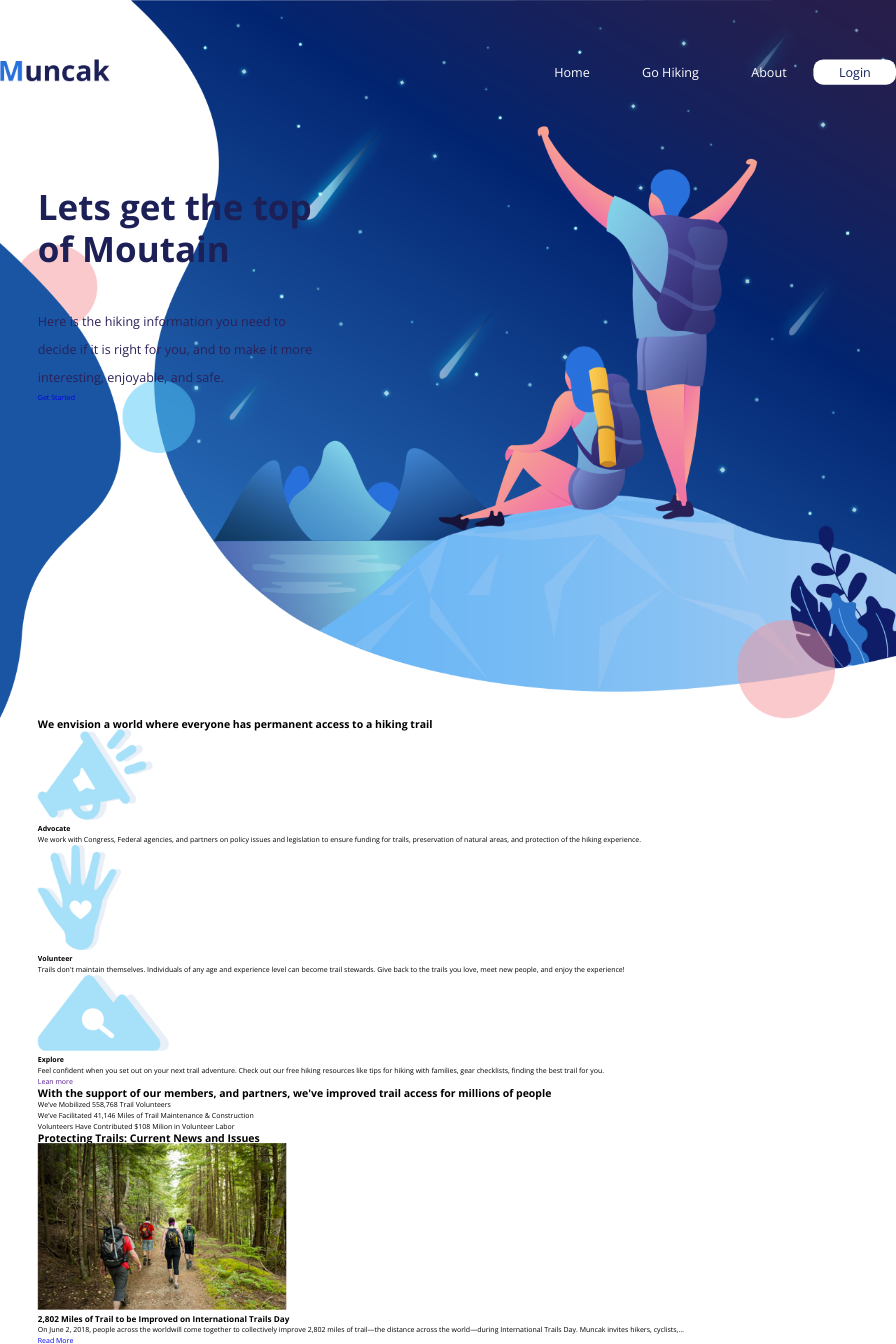
Repository: huubinh98/Project
Page: muncak/index.html
The author's editor kept a copy of each file at every save. The page is drawn from the files as they stood at one save, then again after the next save.
The browser window is 1280 px wide. The pictures show the part of the page from y = 0 to 1920 px (the page is 2989 px tall), at 70% of full size.

Above is the page before, as saved 2021-08-28 16:38:21.

### muncak/index.html
<!DOCTYPE html>
<html lang="en">

<head>
    <meta charset="UTF-8">
    <meta http-equiv="X-UA-Compatible" content="IE=edge">
    <meta name="viewport" content="width=device-width, initial-scale=1.0">
    <link rel="stylesheet" href="./style.css">
    <link rel="preconnect" href="https://fonts.googleapis.com">
    <link rel="preconnect" href="https://fonts.gstatic.com" crossorigin>
    <link href="https://fonts.googleapis.com/css2?family=Open+Sans:wght@300;400;600;700&display=swap" rel="stylesheet">
    <title>Muncak</title>
</head>

<body>
    <header class="header">
        <div class="container header-nav">
            <h1 class="logo"><a href="" class="logo-link"><img src="./image/Muncak.png" alt="" class="logo-img"></a>
            </h1>
            <ul class="nav-list">
                <li class="nav-item">
                    <a href="" class="nav-item-link">Home</a>
                </li>
                <li class="nav-item">
                    <a href="" class="nav-item-link">Go Hiking</a>
                </li>
                <li class="nav-item">
                    <a href="" class="nav-item-link">About</a>
                </li>
                <li class="nav-item">
                    <a href="" class="nav-item-link nav-highlight">Login</a>
                </li>
            </ul>
        </div>
        <div class="container-small">
            <h1 class="heading-banner">Lets get the top of Moutain</h1>
            <p class="heading-desc">Here is the hiking information you need to decide
                if it is right for you, and to make it more interesting,
                enjoyable, and safe.</p>
            <a href="#" class="btn"> Get Started</a>
        </div>
    </header>
    <section class="about">
        <div class="container-small">
            <h2 class="heading-name">We envision a world where everyone
                has permanent access to a hiking trail</h2>
            <div class="about-item">
                <img src="./image/loa.png" alt="loa" class="about-img">
                <div class="about-content">
                    <h4 class="about-content-heading">Advocate</h4>
                    <p class="about-content-desc">We work with Congress, Federal agencies, and partners on policy issues
                        and legislation to ensure funding for trails, preservation of natural areas, and protection of
                        the hiking experience.</p>
                </div>
            </div>
            <div class="about-item">
                <img src="./image/bantay.png" alt="loa" class="about-img">
                <div class="about-content">
                    <h4 class="about-content-heading">Volunteer </h4>
                    <p class="about-content-desc">Trails don't maintain themselves. Individuals of any age and
                        experience level can become trail stewards. Give back to the trails you love, meet new people,
                        and enjoy the experience!</p>
                </div>
            </div>
            <div class="about-item">
                <img src="./image/nui.png" alt="loa" class="about-img">
                <div class="about-content">
                    <h4 class="about-content-heading">Explore</h4>
                    <p class="about-content-desc">Feel confident when you set out on your next trail adventure. Check
                        out our free hiking resources like tips for hiking with families, gear checklists, finding the
                        best trail for you.</p>
                </div>
            </div>
            <a href="" class="btn">Lean more</a>
        </div>
        <div class="container-small">
            <h2 class="heading-name">With the support of our members, and partners, we've improved trail access for millions of people</h2>
            <div class="customer-content">
                <p class="customer-text">We’ve Mobilized <span>558,768</span> Trail Volunteers</p>
                <p class="customer-text">We’ve Facilitated <span>41,146</span>
                    Miles of Trail Maintenance & Construction</p>
                <p class="customer-text">Volunteers Have Contributed <span>$108 Milion</span> in Volunteer Labor</p>
            </div>
        </div>
    </section>

    <!-- -----------new--------------- -->
    <section class="new">
        <div class="container-small">
            <h2 class="heading-name">Protecting Trails: Current News and Issues</h2>
            <div class="new-content">
                <div class="new-item">
                    <a href="#" class="new-item-link">
                        <img src="./image/pic1.jpg" alt="pic1" class="new-item-img">
                    </a>
                    <div class="new-item-text">
                        <h3 class="new-item-name">2,802 Miles of Trail to be Improved on International Trails Day</h3>
                        <p class="new-item-desc">On June 2, 2018, people across the worldwill come together to
                            collectively improve 2,802 miles of trail—the distance across the world—during International
                            Trails Day. Muncak invites hikers, cyclists,…</p>
                        <a href="#" class="new-item-link">Read More</a>
                    </div>
                </div>
                <div class="new-item">
                    <a href="#" class="new-item-link">
                        <img src="./image/pic2.jpg" alt="pic1" class="new-item-img">
                    </a>
                    <div class="new-item-text">
                        <h3 class="new-item-name">Four Ways to Celebrate International Trails Day on a Bicycle</h3>
                        <p class="new-item-desc">There are many ways to celebrate the International Trails Day on June 2. It’s even possible to participate on a bicycle. And if you go on a bike overnight trip during International Trails Dayyou will simultaneously…</p>
                        <a href="#" class="new-item-link">Read More</a>
                    </div>
                </div>
                <div class="new-item">
                    <a href="#" class="new-item-link">
                        <img src="./image/pic3.jpg" alt="pic1" class="new-item-img">
                    </a>
                    <div class="new-item-text">
                        <h3 class="new-item-name">Millennials are the Future of our Trails</h3>
                        <p class="new-item-desc">The smell of fresh dew is a welcome scent, as the crunch of my boots melds with the sound of the birds singing their morning song. It’s early and I am wearing layers, but it won’t be long until they are peeled away to adapt to the summer…</p>
                        <a href="#" class="new-item-link">Read More</a>
                    </div>
                </div>
            </div>
        </div>
    </section>

    <div class="contact-footer">
        <div class="container">
            <h5 class="contact-heading">Receive the latest updates on how to protect trails.
                Subscribe to the monthly edition of Paperless Trails.</h5>
            <form action="">
                <input type="text" name="Name" id="" class="form-input">
                <input type="text" name="Email" id="" class="form-input">
                <button type="submit">Subscribe</button>
            </form>
        </div>
        <footer class="footer container">
            <div class="footer-info">
                <div class="footer-item">
                    <h4>Contact US</h4>
                    <p>Muncak hiking society
                        8605 Second Ave.
                        Silver Spring, MD 20910</p>
                    <p>
                        <span>Info@muncak.org</span>
                        <span>1-301-565-6704 (Main)</span>
                        <span>1-800-972-8608 (Toll-free)</span>
                    </p>
                </div>
                <div class="footer-item">
                    <h4>About us</h4>
                    <ul>
                        <li>
                            <a href="">Our Mission</a>
                        </li>
                        <li>
                            <a href="">Our Team</a>
                        </li>
                        <li>
                            <a href="">Corporate Sponsors</a>
                        </li>
                        <li>
                            <a href="">Financials</a>
                        </li>
                        <li>
                            <a href="">Media Center</a>
                        </li>
                    </ul>
                </div>
                <div class="footer-item">
                    <h4>Our Programs</h4>
                    <ul>
                        <li>
                            <a href="">Hike The Hill</a>
                        </li>
                        <li>
                            <a href="">Volunteer Vacations</a>
                        </li>
                        <li>
                            <a href="">Alternative Break</a>
                        </li>
                    </ul>
                </div>
                <div class="footer-item">
                    <h4>support trails</h4>
                    <ul>
                        <li>
                            <a href="">Donate</a>
                        </li>
                        <li>
                            <a href="">Individual Membership</a>
                        </li>
                        <li>
                            <a href="">Gift membership</a>
                        </li>
                        <li>
                            <a href="">Hiker Store</a>
                        </li>
                    </ul>
                </div>
                <div class="footer-item">
                    <h4>hiking resources</h4>
                    <ul>
                        <li>
                            <a href="">Hikes Near You</a>
                        </li>
                        <li>
                            <a href="">Hiking 101</a>
                        </li>
                        <li>
                            <a href="">Muncak Blog</a>
                        </li>
                        <li>
                            <a href="">Hiking Organizations</a>
                        </li>
                    </ul>
                </div>
            </div>
            <ul class="socical">
                <li class="socical-item">
                    <a href="" class="socical-item-link">
                        <img src="./image/instar.png" alt="" class="socical-item-img">
                    </a>
                </li>
                <li class="socical-item">
                    <a href="" class="socical-item-link">
                        <img src="./image/facebook.png" alt="" class="socical-item-img">
                    </a>
                </li>
                <li class="socical-item">
                    <a href="" class="socical-item-link">
                        <img src="./image/tiwer.png" alt="" class="socical-item-img">
                    </a>
                </li>
            </ul>
        </footer>
    </div>
</body>

</html>

### muncak/style.css
* {
    margin: 0;
    padding: 0;
    box-sizing: border-box;
}

html {
    font-size: 62.5%;
    line-height: 1.6rem;
    font-family: 'Open Sans', sans-serif;
    scroll-behavior: smooth;
}

ul, li {
    list-style: none;
}

a {
    text-decoration: none;
}

.container {
    max-width: 1404px;
    width: 100%;
    margin: 0 auto;
}

.container-small {
    max-width: 1172px;
    width: 100%;
    margin: 0 auto;
}

.header {
    margin: 0 auto;
    max-width: 1900px;
    height: 1026px;
    background-color: white;
    background-image: url(./image/backgroudleft1.png), url(./image/Muncak-Landing-Page.png);
    background-position: left bottom, right top;
    background-repeat: no-repeat, no-repeat;
}

.header-nav {
    display: flex;
    justify-content: space-between;
    padding-top: 85px;
}

.logo{

}
.logo-link{

}
.logo-img{

}
.nav-list{

}
.nav-item{
    display: inline-block;
}
.nav-item-link{
    font-size: 1.8rem;
    font-weight: 400;
    line-height: 3.6rem;
    color: #fff;
    padding: 0 36px;
    display: inline-block;
}

.nav-highlight {
    background-color: #fff;
    color: #14215e;
    border-radius: 14px;
}

.heading-banner {
    font-size: 5rem;
    line-height: 6rem;
    color: #1c2056;
    margin-top: 144px;
    max-width: 400px;
}

.heading-desc {
    font-size: 1.8rem;
    line-height: 4rem;
    color: #2d2058;
    max-width: 400px;
    margin-top: 54px;
}

After the next save:
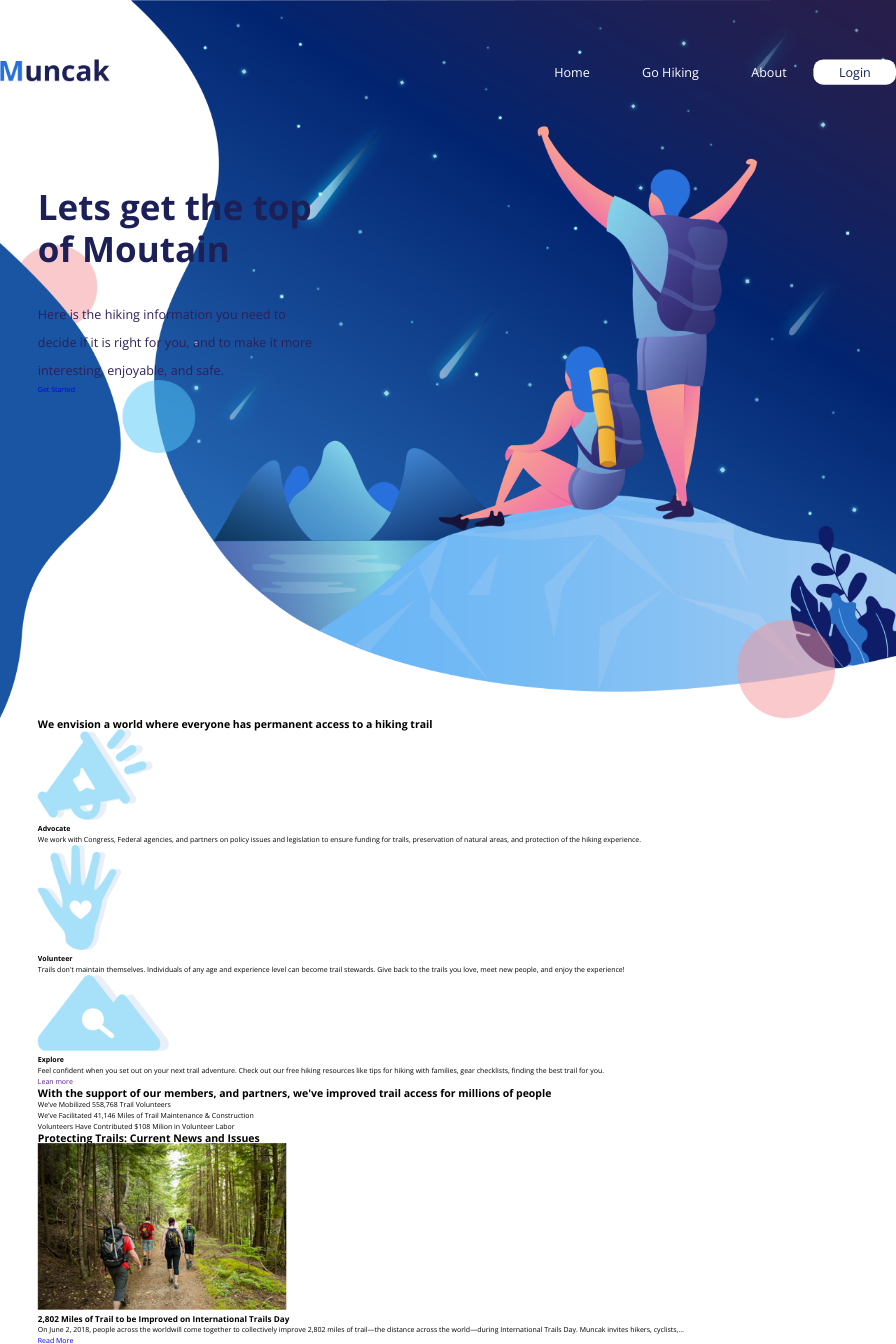
Saved 2 min 15 s later.
--- a/muncak/style.css
+++ b/muncak/style.css
@@ -90,5 +90,5 @@ a {
     line-height: 4rem;
     color: #2d2058;
     max-width: 400px;
-    margin-top: 54px;
+    margin-top: 43px;
 }
